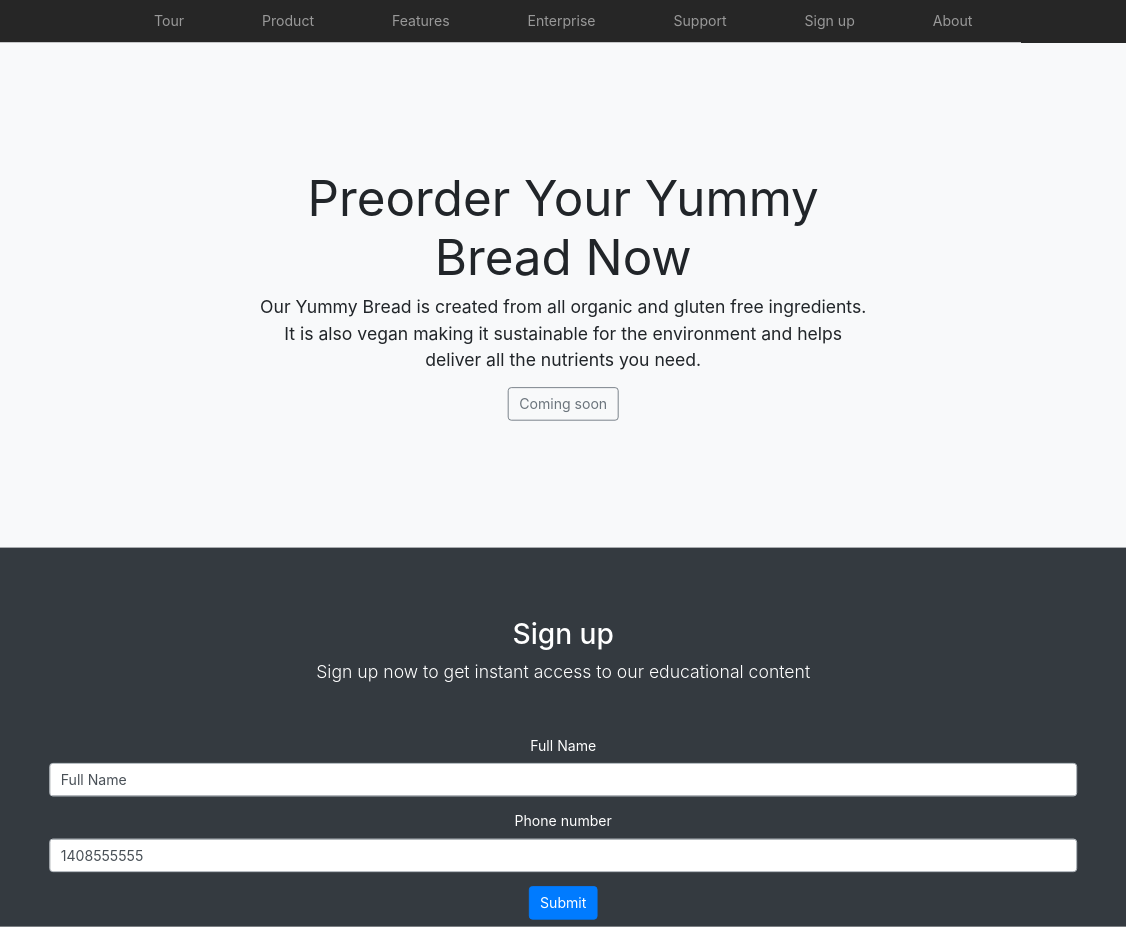
Repository: bsanc112/BryanSanchez-Resume
Page: LearnCS8-Twilio/index.html
The author's editor kept a record of every edit. The page is drawn from the files as they stood at one moment, then again after the next edit.
The browser window is 1280 px wide. The pictures show the whole page, at 88% of full size.

Above is the page before.

After the next edit:
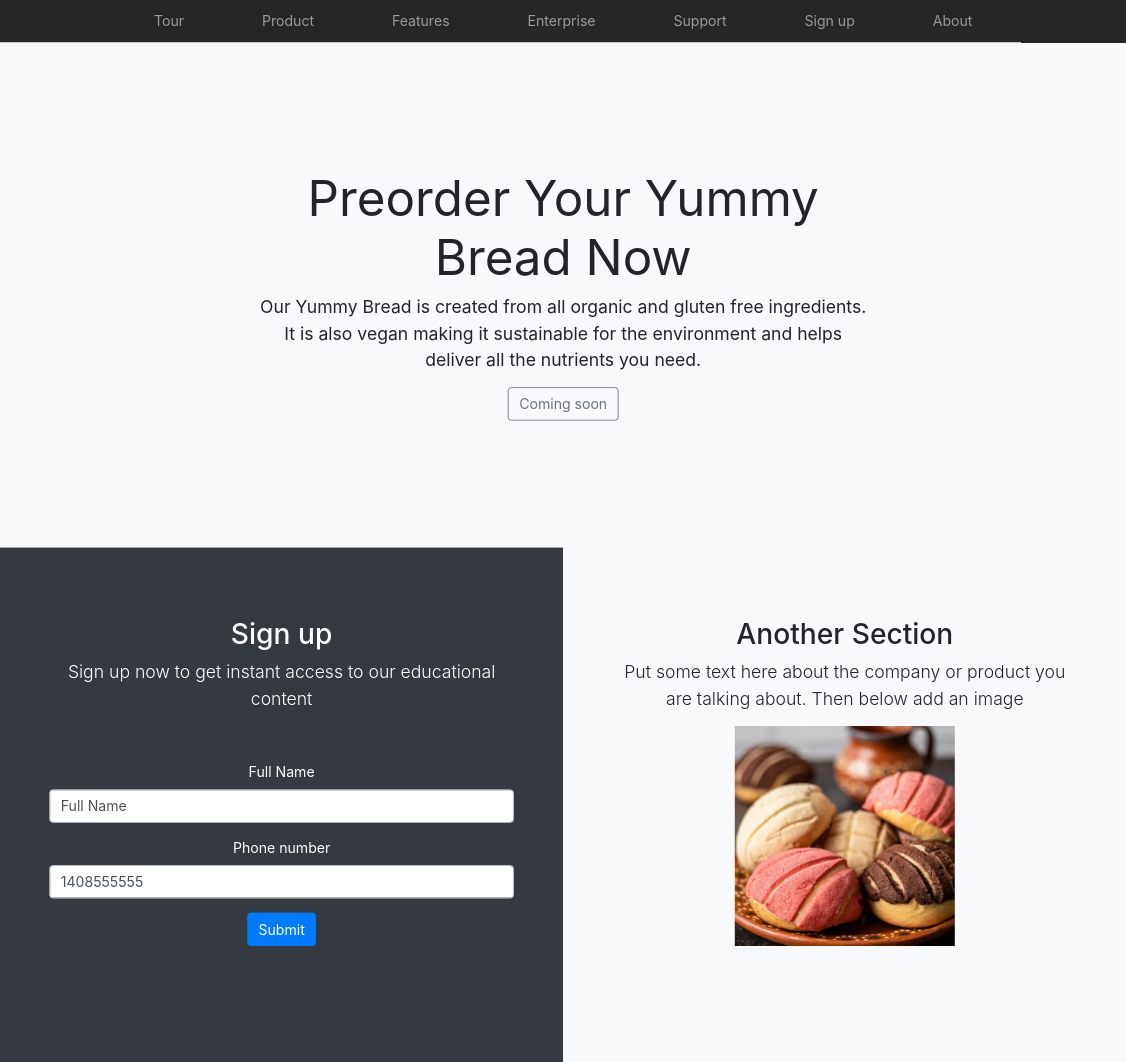
The edit:
--- a/LearnCS8-Twilio/index.html
+++ b/LearnCS8-Twilio/index.html
@@ -74,5 +74,15 @@
             <button type="submit" class="btn btn-primary">Submit</button>
         </form>
     </div>
+    <!-- Right Tile -->
+    <div class="bg-light pt-3 px-3 pt-md-5 px-md-5 text-center overflow-hidden">
+        <div class="my-3 p-3">
+            <h2 class="display-5">Another Section</h2>
+            <p class="lead">Put some text here about the company or product you are talking about. Then below add an image</p>
+            <img class="mx-auto" src="Concha.jpg" height="250px">
+        </div>
+        <div class="mx-auto" style="width: 80%; height: 100px; border-radius: 21px 21px 0 0;"></div>
+    </div>
+</div>
   </body>
 </html>
